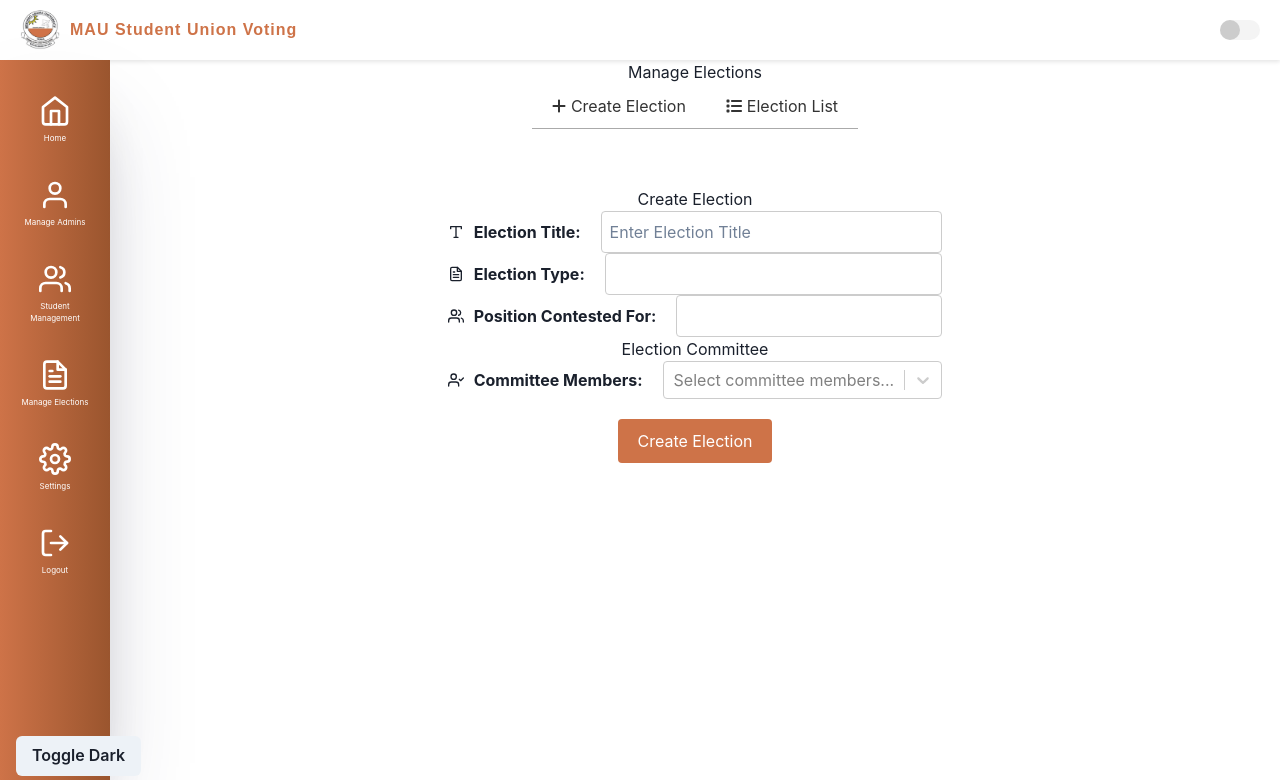
Repository: joena1o/e-vote
Page: /admin-dashboard/manage-elections
The author's editor kept a copy of each file at every save. The page is drawn from the files as they stood at one save, then again after the next save.
The browser window is 1280 px wide. The pictures show the whole page.
The project was rebuilt for these pictures with package versions that can differ from the ones it lists, and the page was loaded fresh each time. Also part of the build but not shown: src/components/EnhancedLogin.js, src/components/maincontent/RegisterStudents/ManageStudents.js, src/components/maincontent/RegisterStudents/RegisterStudents.js, src/components/maincontent/RegisterStudents/StudentManagement.js, src/components/maincontent/ElectionResults/ViewResults.js, src/components/maincontent/Settings/Settings.js, src/api/index.js, src/components/maincontent/home/Home.styles.js and 5 more.

Above is the page before, as saved 2023-10-20 12:43:36.

After the next save:
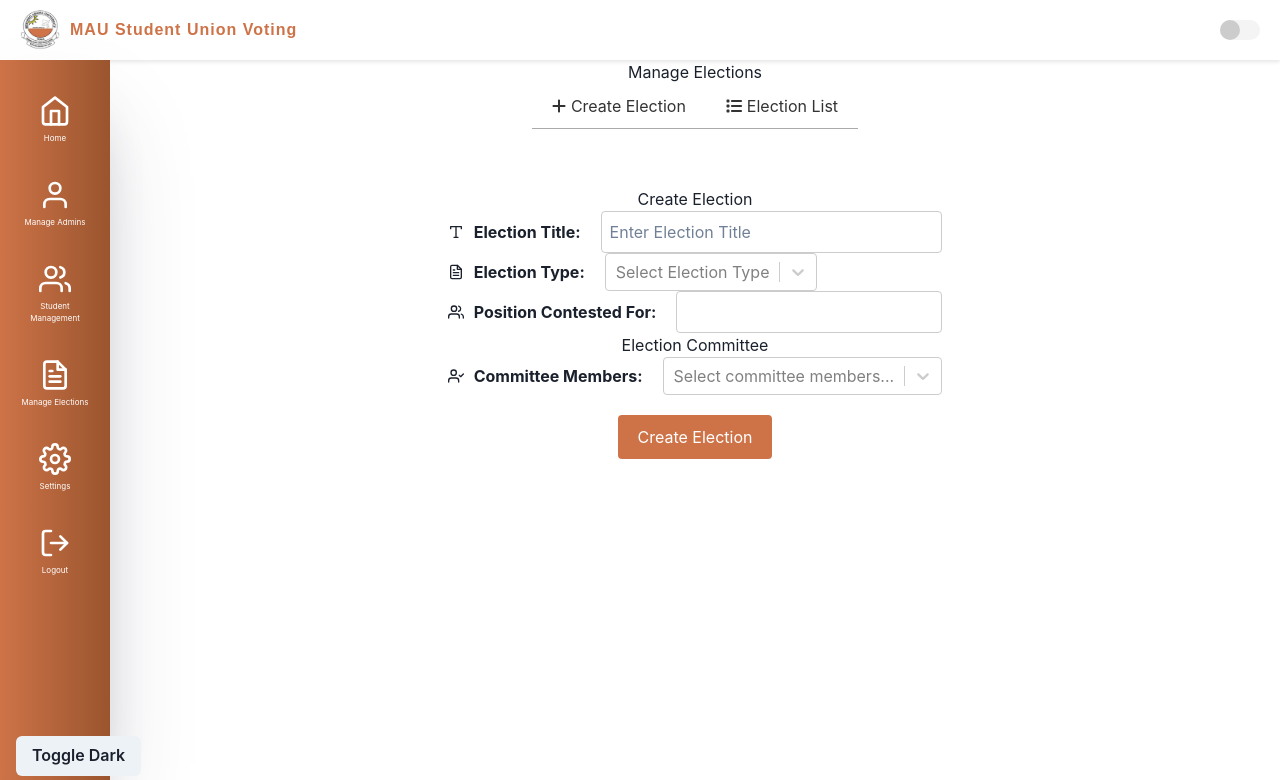
Saved 3 min 46 s later.
--- a/src/components/maincontent/ManageElections/CreateElection.js
+++ b/src/components/maincontent/ManageElections/CreateElection.js
@@ -51,6 +51,13 @@ const CreateElection = () => {
     // Add more students as required
   ];
 
+
+const electionTypeOptions = [
+  { value: 'general', label: 'General' },
+  { value: 'faculty', label: 'Faculty' },
+  { value: 'department', label: 'Department' }
+];
+
   return (
     <Form>
       <h2>Create Election</h2>
@@ -62,9 +69,14 @@ const CreateElection = () => {
       </FormField>
 
       <FormField>
-        <FiFileText />
-        <FormLabel htmlFor="electionType">Election Type:</FormLabel>
-        <FormInput id="electionType" name="electionType" type="text" />
+      <FiFileText />
+    <FormLabel htmlFor="electionType">Election Type:</FormLabel>
+    <Select
+        id="electionType"
+        options={electionTypeOptions}
+        onChange={(option) => setElectionType(option.value)}
+        placeholder="Select Election Type"
+    />
       </FormField>
 
       {(electionType === 'faculty' || electionType === 'department') && (
